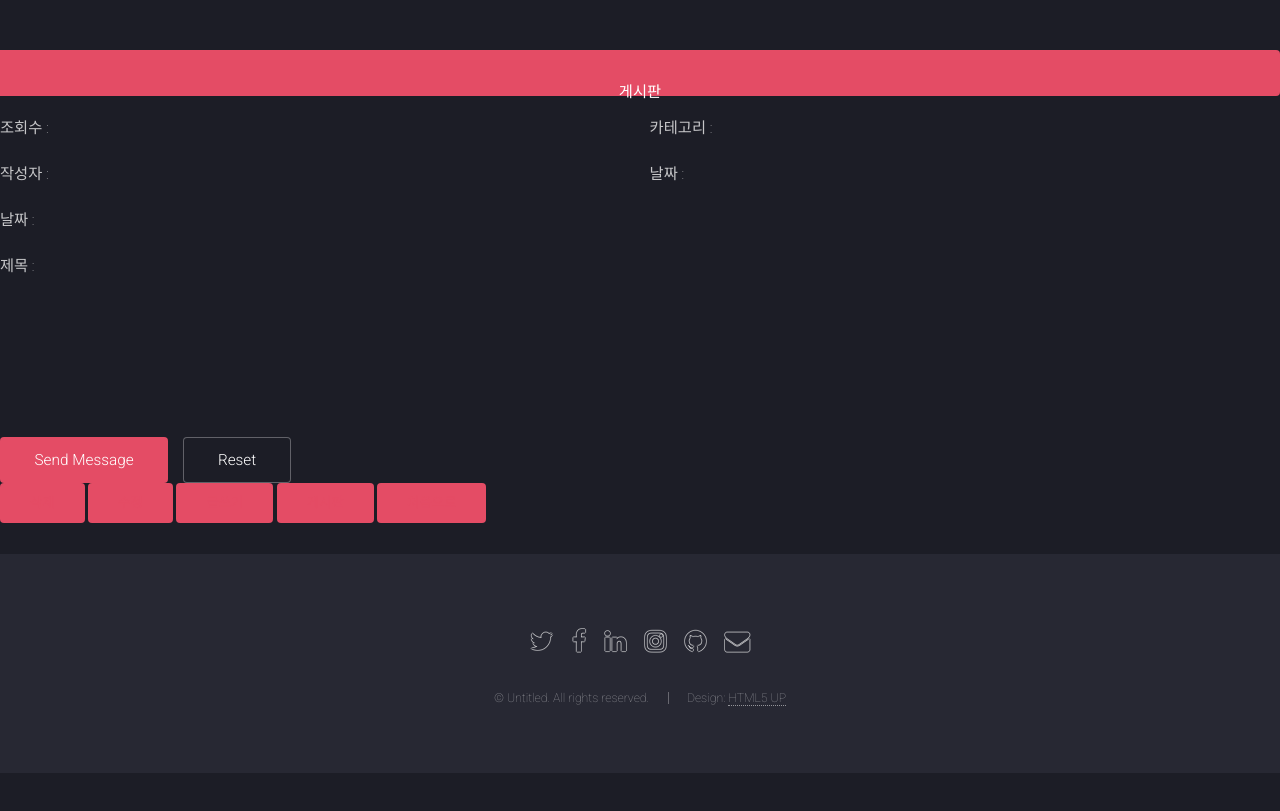
Repository: worMholEamkim/SpringEX
Page: http://localhost/bbs/bbsview.do
An editor plug-in stored every save of this project. The page is shown before and after the next save, followed by the edit.
The browser window is 1280 px wide. The pictures show the whole page.
The page is served by Tomcat 9. Queries for data that is not in the repository find no rows.

Above is the page before, as saved 2019-03-18 00:55:40.

After the next save:
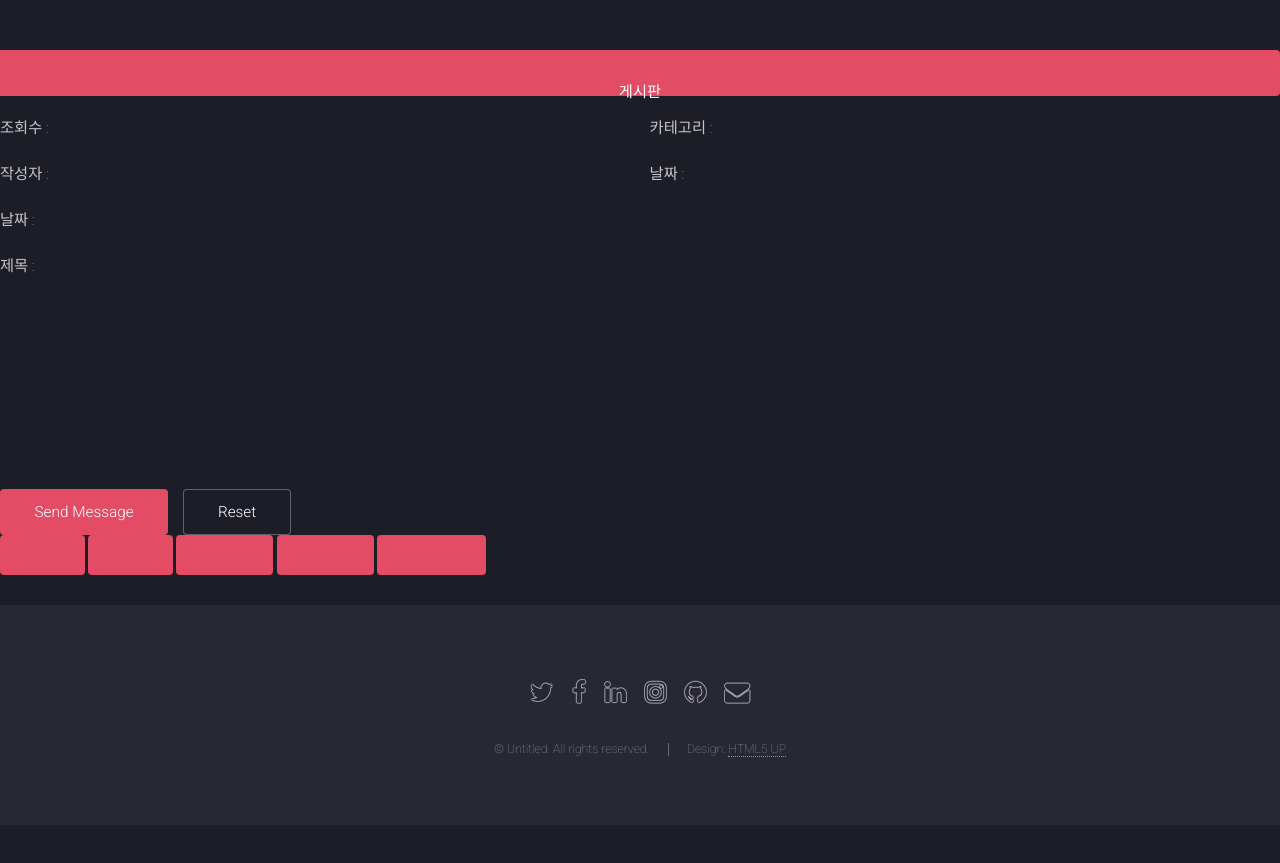
Saved 109 s later.
--- a/JSP_WepPage_Server-master.zip_expanded/JSP_WepPage_Server-master/bbs/WebContent/WEB-INF/bbsview.jsp
+++ b/JSP_WepPage_Server-master.zip_expanded/JSP_WepPage_Server-master/bbs/WebContent/WEB-INF/bbsview.jsp
@@ -187,11 +187,12 @@
 										<div class="col-12">
 											제목 : ${bbsview.bbsTitle}
 										</div>
+										<blockquote>
 										<div class="col-12">
 											<p style=" font-size: 20px; line-height:2; padding: 50px 50px;">
 										${bbsview.bbsContent}</p>
 										</div>
-
+										</blockquote>
 										<div class="col-6">
 											<c:forEach var="item" items="${files}" >
 												<a href="bbsFile.do?id=${item.fileId}" target="_blank">${item.orgn_File_Nm}
